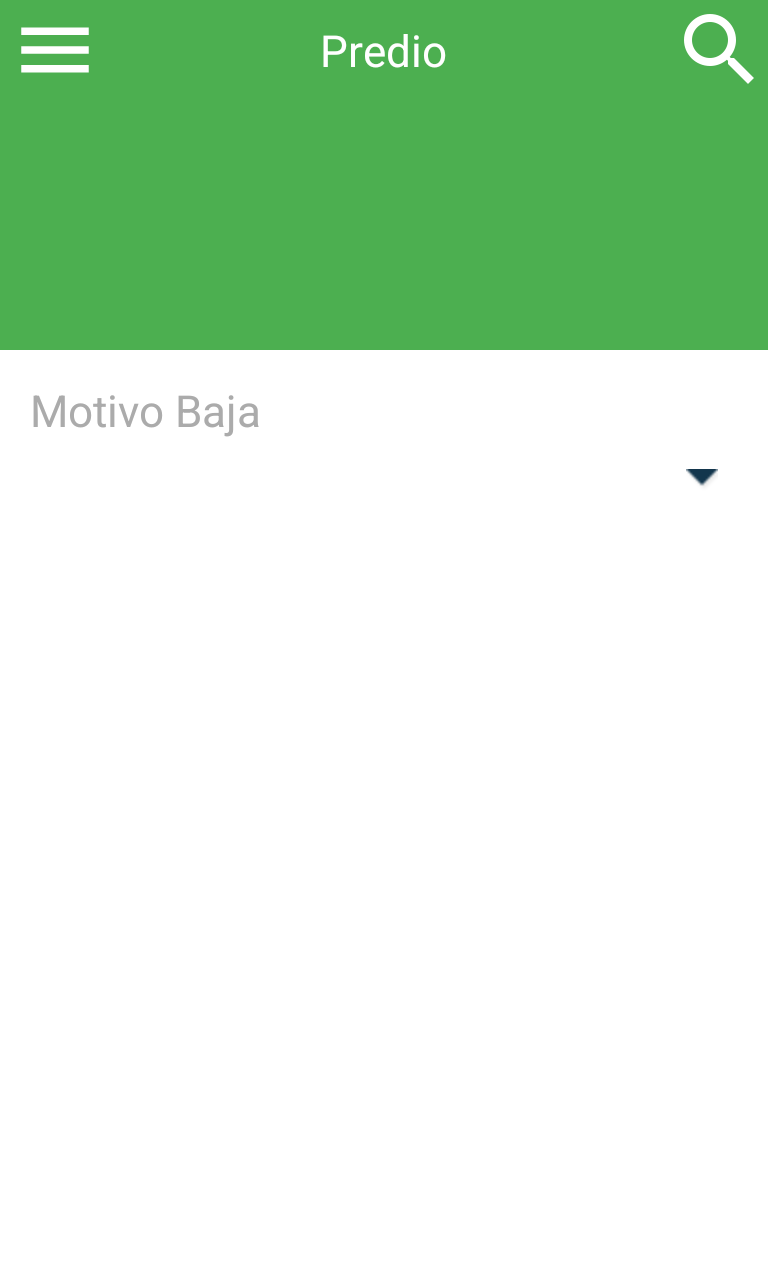
Repository: danielctf/Chilterra
Layout: Proyectos/Animales/res/layout/activity_baja_ganado.xml
The author's editor kept a copy of each file at every save. The layout is drawn from the files as they stood at one save, then again after the next save.
It is drawn on a 768 x 1280 px phone screen (xhdpi) without system bars, with theme AppTheme; the app's code is not run.

Above is the layout before, as saved 2015-10-09 16:22:24.

After the next save:
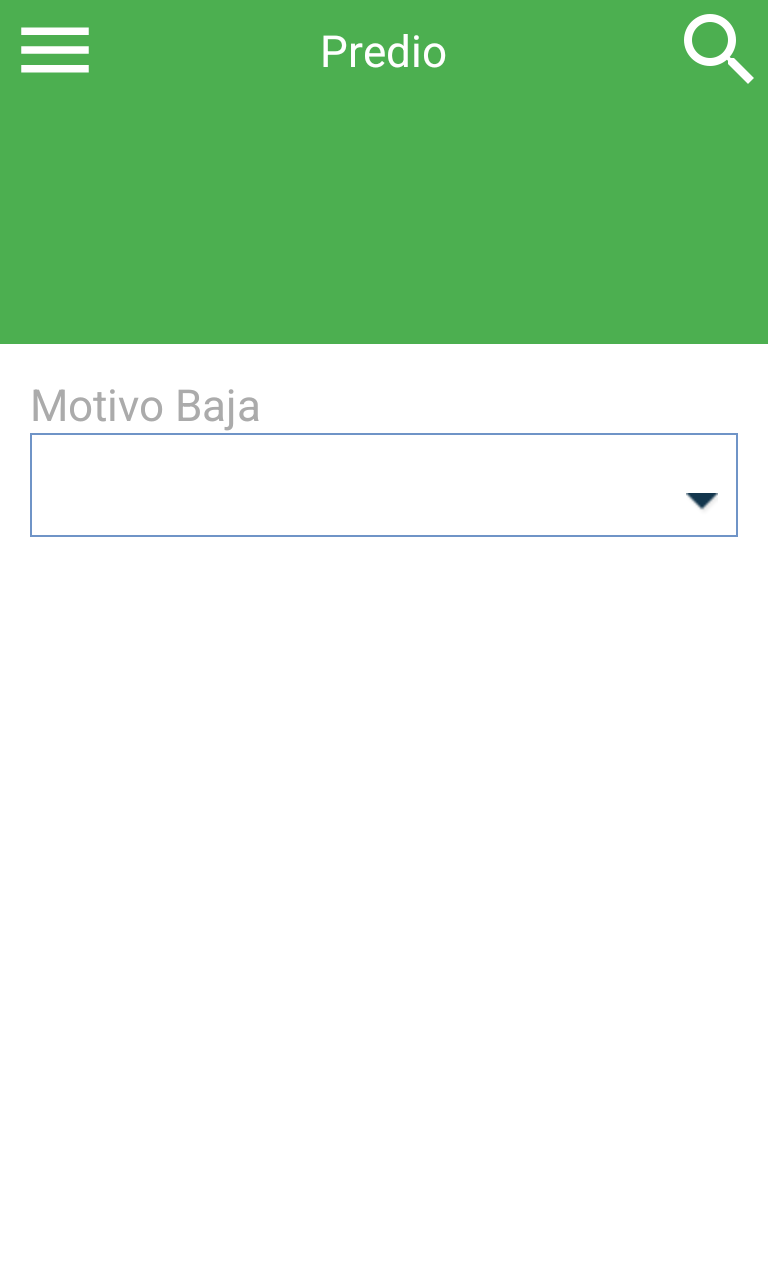
Saved 25 s later.
--- a/Proyectos/Animales/res/drawable/shape_drop_down_normal.xml
+++ b/Proyectos/Animales/res/drawable/shape_drop_down_normal.xml
@@ -2,14 +2,17 @@
 <layer-list xmlns:android="http://schemas.android.com/apk/res/android" >
 <item>
     <shape>
+        <solid android:color="@android:color/transparent" />
 
-
+        <stroke
+            android:width="1dp"
+            android:color="#6f94c7" />
 
         <padding
             android:bottom="10dp"
             android:left="2dp"
             android:right="10dp"
-            android:top="15dp" />
+            android:top="30dp" />
     </shape>
 </item>
 <item>
